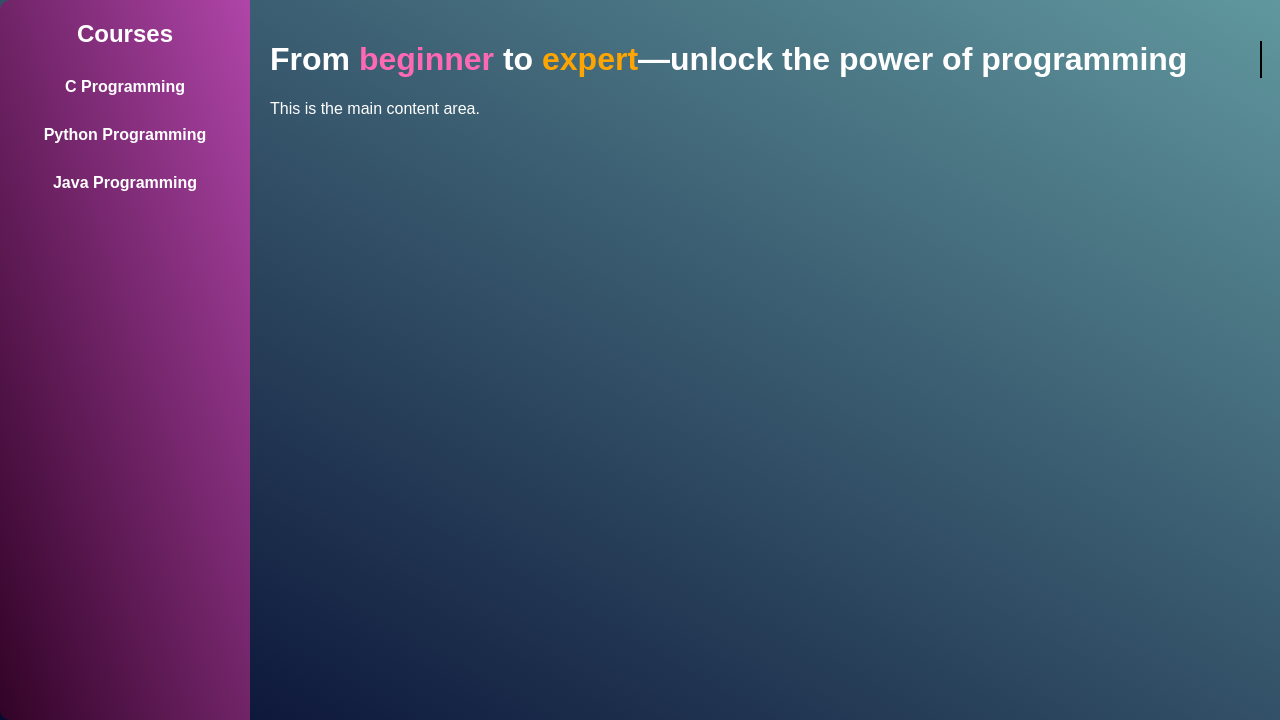
Repository: RishitSharma88/SeaGro
Page: templates/learningcourses.html
An editor plug-in stored every save of this project. The page is shown before and after the next save, followed by the edit.
The browser window is 1280 px wide. The pictures show the whole page.
The template is drawn by Flask 3. The application's start-up code is not run. The template is opened directly, without the code that normally fills it, so the values that code supplies are empty.

Above is the page before, as saved 2024-12-28 14:02:22.

After the next save:
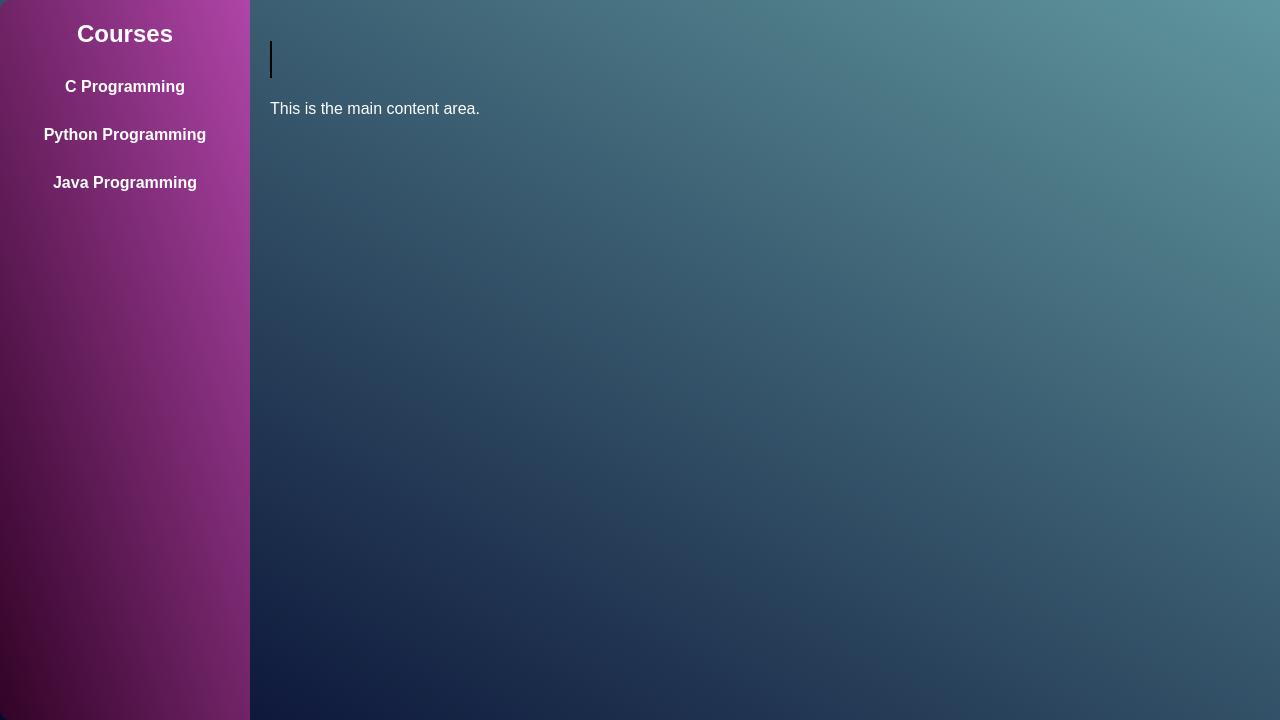
Saved 30 s later.
--- a/templates/learningcourses.html
+++ b/templates/learningcourses.html
@@ -70,7 +70,7 @@
             overflow: hidden;
             white-space: nowrap;
             border-right: 2px solid black;
-            animation: typing 3s steps(20) forwards, blink 0.5s step-end infinite;
+            animation: typing 2s steps(20) forwards, blink 0.5s step-end transition;
         }
         @keyframes typing {
             from {

After the save that followed:
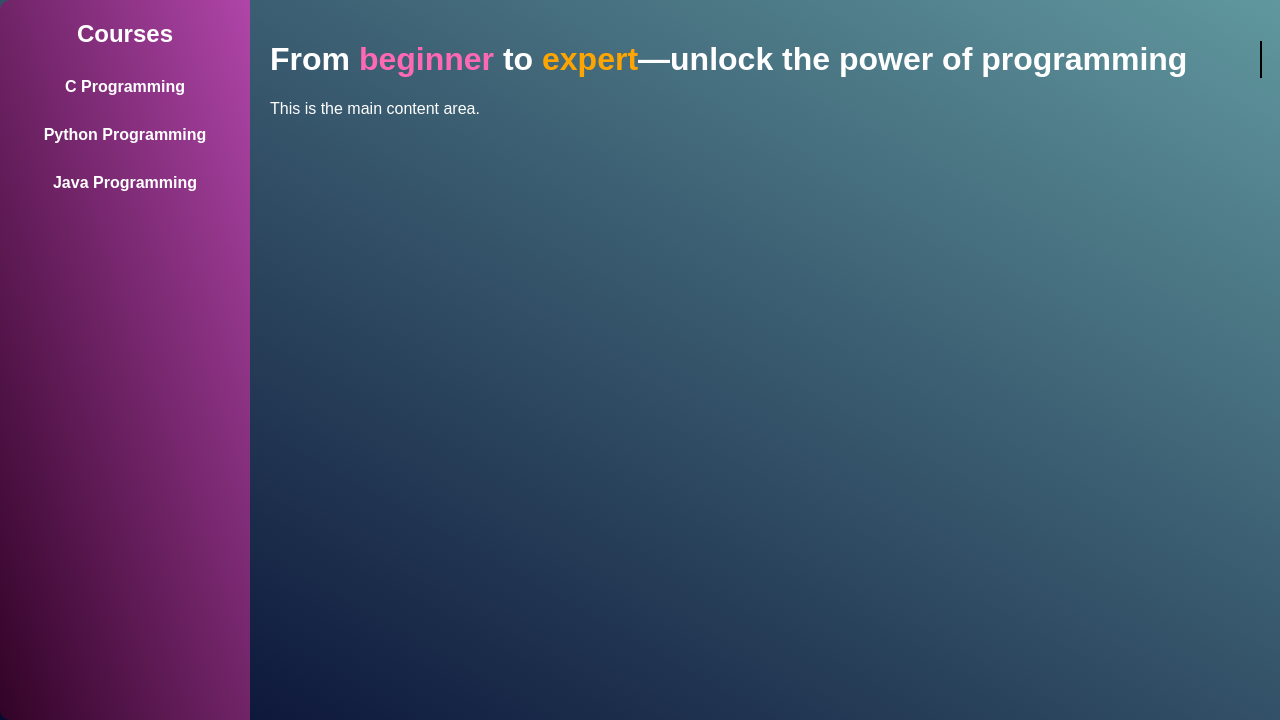
Saved 30 s later.
--- a/templates/learningcourses.html
+++ b/templates/learningcourses.html
@@ -70,7 +70,7 @@
             overflow: hidden;
             white-space: nowrap;
             border-right: 2px solid black;
-            animation: typing 2s steps(20) forwards, blink 0.5s step-end transition;
+            animation: typing 2s steps(20) forwards, blink 1s step-end infinite;
         }
         @keyframes typing {
             from {
